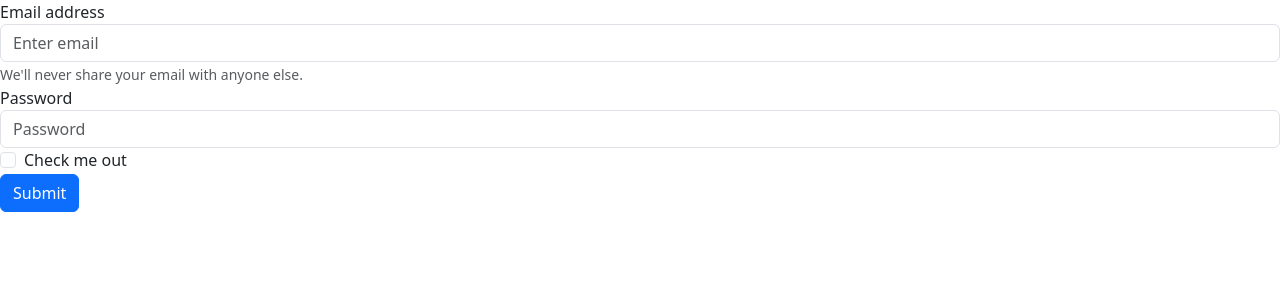
Repository: vnmk1/jsp_servlet-tutorials
Page: http://localhost/Bai6_BaiTapJSP3/login.jsp
The author's editor kept a copy of each file at every save. The page is drawn from the files as they stood at one save, then again after the next save.
The browser window is 1280 px wide. The pictures show the whole page.
The page is served by Tomcat 9.

Above is the page before, as saved 2023-07-19 07:46:32.

### Bai6_BaiTapJSP3/src/main/webapp/login.jsp
<%@ page language="java" contentType="text/html; charset=UTF-8"
	pageEncoding="UTF-8"%>
<!DOCTYPE html>
<html>
<head>
<meta charset="UTF-8">
<title>Insert title here</title>
<link
	href="https://cdn.jsdelivr.net/npm/bootstrap@5.3.0/dist/css/bootstrap.min.css"
	rel="stylesheet"
	integrity="sha384-9ndCyUaIbzAi2FUVXJi0CjmCapSmO7SnpJef0486qhLnuZ2cdeRhO02iuK6FUUVM"
	crossorigin="anonymous">
<script
	src="https://cdn.jsdelivr.net/npm/@popperjs/core@2.11.8/dist/umd/popper.min.js"
	integrity="sha384-I7E8VVD/ismYTF4hNIPjVp/Zjvgyol6VFvRkX/vR+Vc4jQkC+hVqc2pM8ODewa9r"
	crossorigin="anonymous"></script>
<script
	src="https://cdn.jsdelivr.net/npm/bootstrap@5.3.0/dist/js/bootstrap.min.js"
	integrity="sha384-fbbOQedDUMZZ5KreZpsbe1LCZPVmfTnH7ois6mU1QK+m14rQ1l2bGBq41eYeM/fS"
	crossorigin="anonymous"></script>
</head>
<body>

	<form>
		<div class="form-group">
			<label for="exampleInputEmail1">Email address</label> <input
				type="email" class="form-control" id="exampleInputEmail1"
				aria-describedby="emailHelp" placeholder="Enter email"> <small
				id="emailHelp" class="form-text text-muted">We'll never
				share your email with anyone else.</small>
		</div>
		<div class="form-group">
			<label for="exampleInputPassword1">Password</label> <input
				type="password" class="form-control" id="exampleInputPassword1"
				placeholder="Password">
		</div>
		<div class="form-group form-check">
			<input type="checkbox" class="form-check-input" id="exampleCheck1">
			<label class="form-check-label" for="exampleCheck1">Check me
				out</label>
		</div>
		<button type="submit" class="btn btn-primary">Submit</button>
	</form>
</body>
</html>

After the next save:
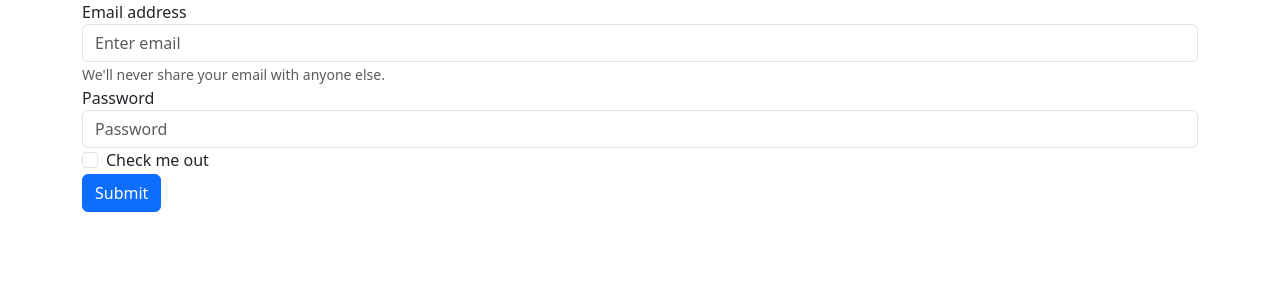
Saved 73 s later.
--- a/Bai6_BaiTapJSP3/src/main/webapp/login.jsp
+++ b/Bai6_BaiTapJSP3/src/main/webapp/login.jsp
@@ -4,7 +4,7 @@
 <html>
 <head>
 <meta charset="UTF-8">
-<title>Insert title here</title>
+<title>Bài 6 - BTJSP3</title>
 <link
 	href="https://cdn.jsdelivr.net/npm/bootstrap@5.3.0/dist/css/bootstrap.min.css"
 	rel="stylesheet"
@@ -20,26 +20,27 @@
 	crossorigin="anonymous"></script>
 </head>
 <body>
-
-	<form>
-		<div class="form-group">
-			<label for="exampleInputEmail1">Email address</label> <input
-				type="email" class="form-control" id="exampleInputEmail1"
-				aria-describedby="emailHelp" placeholder="Enter email"> <small
-				id="emailHelp" class="form-text text-muted">We'll never
-				share your email with anyone else.</small>
-		</div>
-		<div class="form-group">
-			<label for="exampleInputPassword1">Password</label> <input
-				type="password" class="form-control" id="exampleInputPassword1"
-				placeholder="Password">
-		</div>
-		<div class="form-group form-check">
-			<input type="checkbox" class="form-check-input" id="exampleCheck1">
-			<label class="form-check-label" for="exampleCheck1">Check me
-				out</label>
-		</div>
-		<button type="submit" class="btn btn-primary">Submit</button>
-	</form>
+	<div class="container">
+		<form>
+			<div class="form-group">
+				<label for="exampleInputEmail1">Email address</label> <input
+					type="email" class="form-control" id="exampleInputEmail1"
+					aria-describedby="emailHelp" placeholder="Enter email"> <small
+					id="emailHelp" class="form-text text-muted">We'll never
+					share your email with anyone else.</small>
+			</div>
+			<div class="form-group">
+				<label for="exampleInputPassword1">Password</label> <input
+					type="password" class="form-control" id="exampleInputPassword1"
+					placeholder="Password">
+			</div>
+			<div class="form-group form-check">
+				<input type="checkbox" class="form-check-input" id="exampleCheck1">
+				<label class="form-check-label" for="exampleCheck1">Check me
+					out</label>
+			</div>
+			<button type="submit" class="btn btn-primary">Submit</button>
+		</form>
+	</div>
 </body>
 </html>
